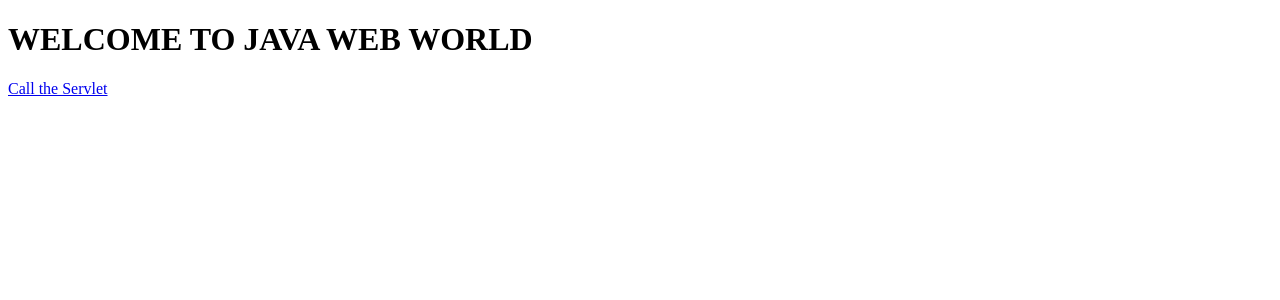
Repository: vinodh1988/SpringSecurity
Page: FirstAPP/WebContent/home.html
The author's editor kept a copy of each file at every save. The page is drawn from the files as they stood at one save, then again after the next save.
The browser window is 1280 px wide. The pictures show the whole page.

Above is the page before, as saved 2018-09-13 14:38:36.

After the next save:
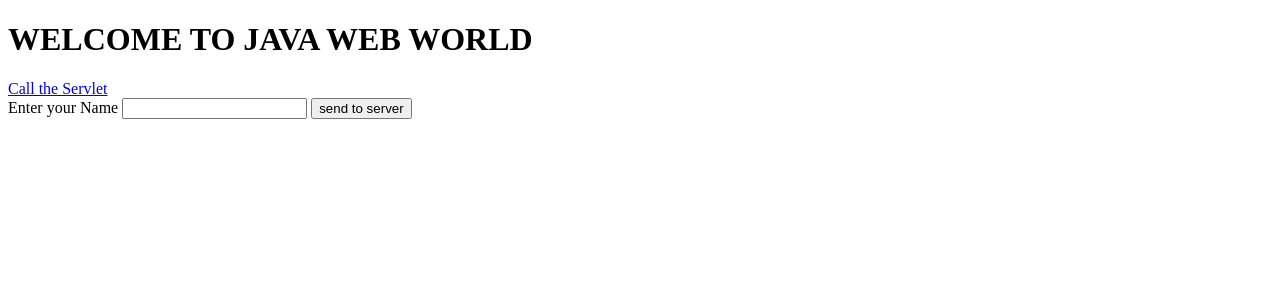
Saved 2 min 10 s later.
--- a/FirstAPP/WebContent/home.html
+++ b/FirstAPP/WebContent/home.html
@@ -9,5 +9,10 @@
 <h1>WELCOME TO JAVA WEB WORLD</h1>
   <a href="test.htm">Call the Servlet</a>
 
+  <form>
+    Enter your Name <input type="text" name="user">
+    <input type="submit" value="send to server">
+  </form>
+
 </body>
 </html>
